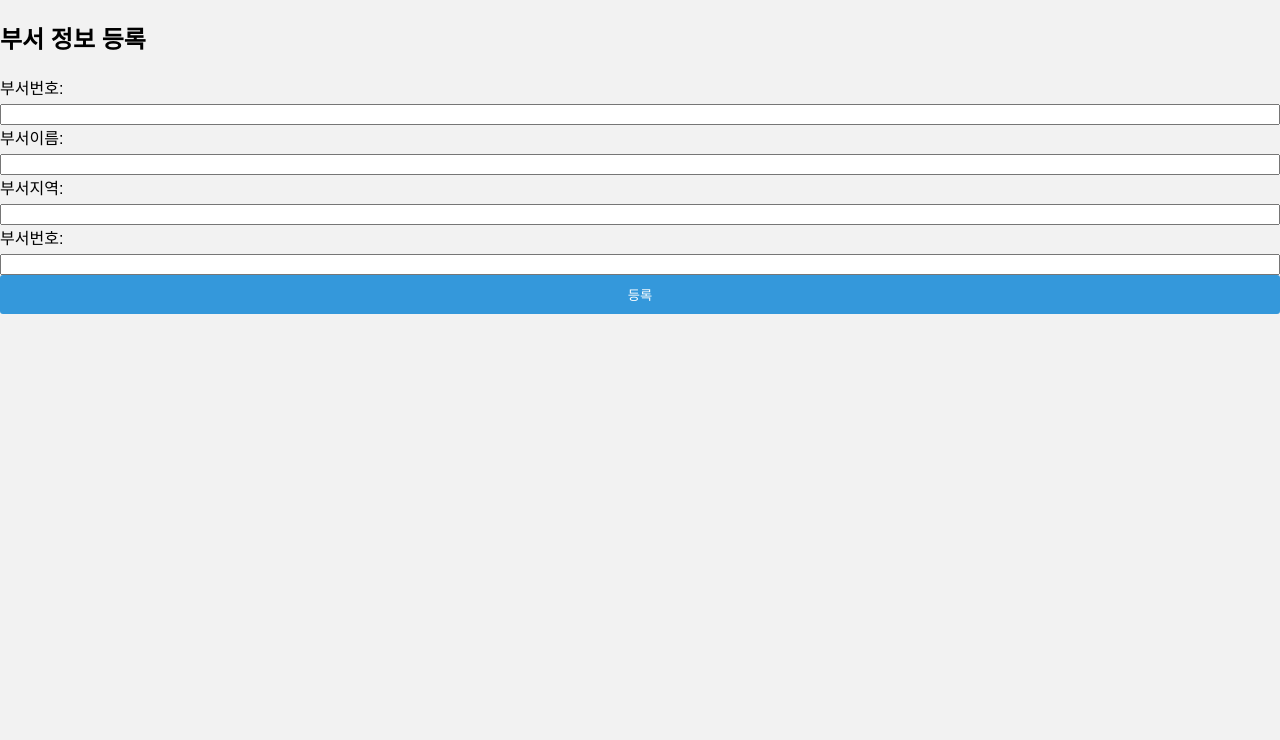
Repository: sieoh/2024html-
Page: http://localhost/jspweb_08/departform.jsp
These files come from the project's save history. The page is drawn as it stood at one moment and after the next save; the edit follows.
The browser window is 1280 px wide. The pictures show the whole page.
The page is served by Tomcat 9.

Above is the page before, as saved 2024-01-12 03:16:15.

After the next save:
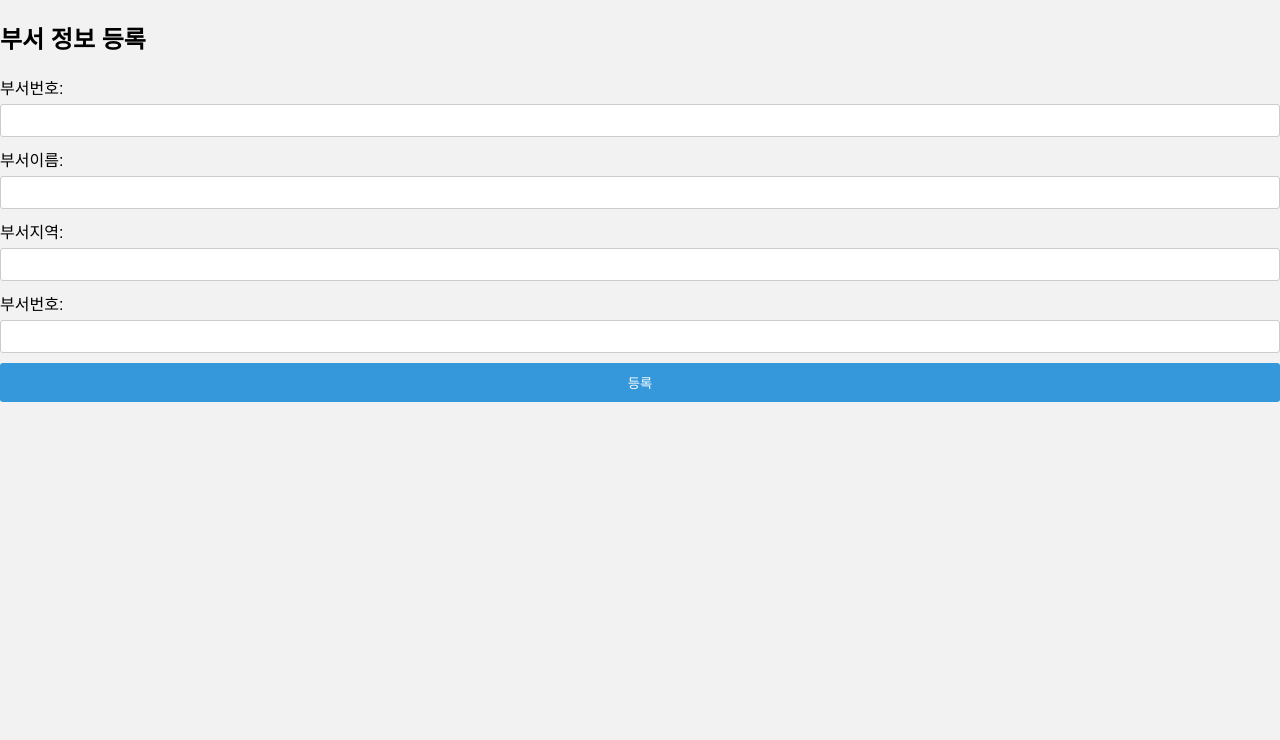
Saved 109 s later.
--- a/workspace_sts/jspweb_08/src/main/webapp/departform.jsp
+++ b/workspace_sts/jspweb_08/src/main/webapp/departform.jsp
@@ -29,6 +29,12 @@
 	}
 	label{
 		margin-bottom: 5px;
+	}
+	input{
+		padding: 8px;
+		margin-bottom: 10px;
+		border: 1px solid #ccc;
+		border-radius: 3px;
 	}
 	button {
 		background-color: #3498db;
